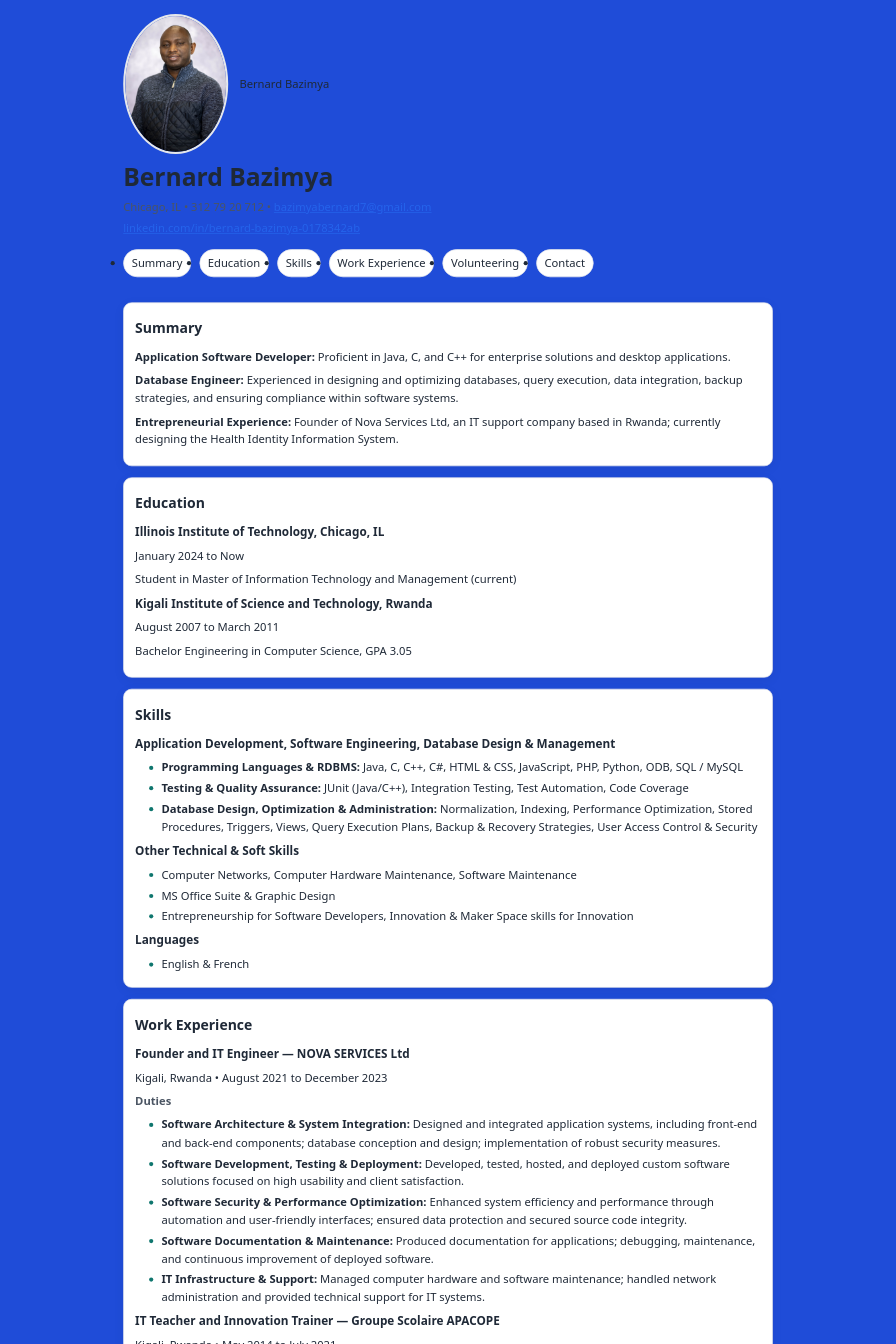
Repository: bbazimya/bernardbazimya-resume
Page: index.html
An editor plug-in stored every save of this project. The page is shown before and after a run of saves, followed by the edit.
The browser window is 1280 px wide. The pictures show the part of the page from y = 0 to 1920 px (the page is 2737 px tall), at 70% of full size.

Above is the page before, as saved 2025-09-11 02:38:45.

After the next 2 saves:
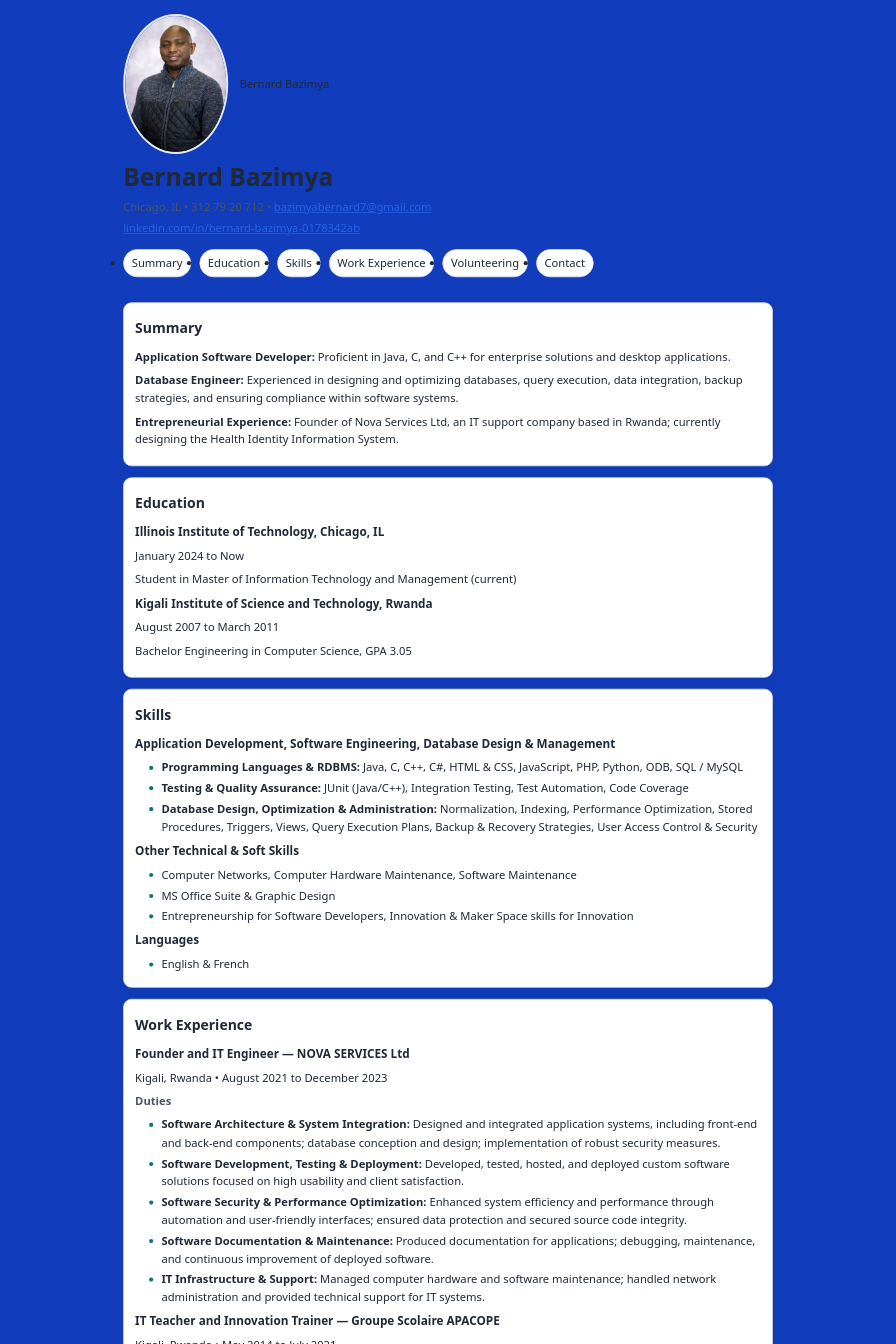
The 2 saves are shown as one change because they came seconds apart.
The last was saved 22 s later.
--- a/styles.css
+++ b/styles.css
@@ -1,6 +1,6 @@
 /* Theme colors and basic variablesinitialization*/
 :root{
-  --bg:oklab(46.776% -0.02217 -0.22752 / 0.952);
+  --bg:oklab(39.675% -0.023 -0.21327 / 0.938);
   --card:#ffffff;
   --ink:#1f2937;
   --muted:#4b5563;
